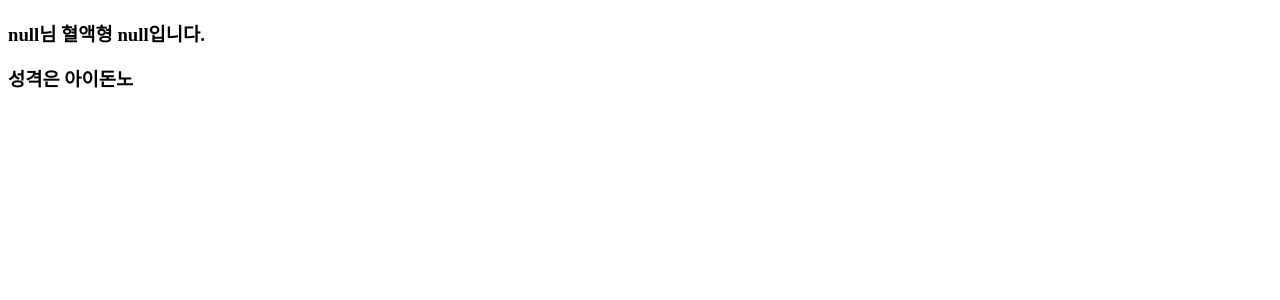
Repository: j-hee-98/Servlet-JSP
Page: http://localhost/WS_0414/B.jsp
These files come from the project's save history. The page is drawn as it stood at one moment and after the next save; the edit follows.
The browser window is 1280 px wide. The pictures show the whole page.
The page is served by Tomcat 10. Other server files are loaded and not shown.

Above is the page before, as saved 2025-04-14 08:45:59.

### WS_0414/src/main/webapp/B.jsp
<%@ page language="java" contentType="text/html; charset=UTF-8"
    pageEncoding="UTF-8"%>
<!DOCTYPE html>
<html>
<head>
<meta charset="UTF-8">
<title>Insert title here</title>
</head>
<body>
	<h3>
	<%=request.getParameter("name") %>님 혈액형 <%=request.getParameter("blood") %>입니다.
	</h3>
	<h3>성격은 아이돈노</h3>
</body>
</html>

After the next save:
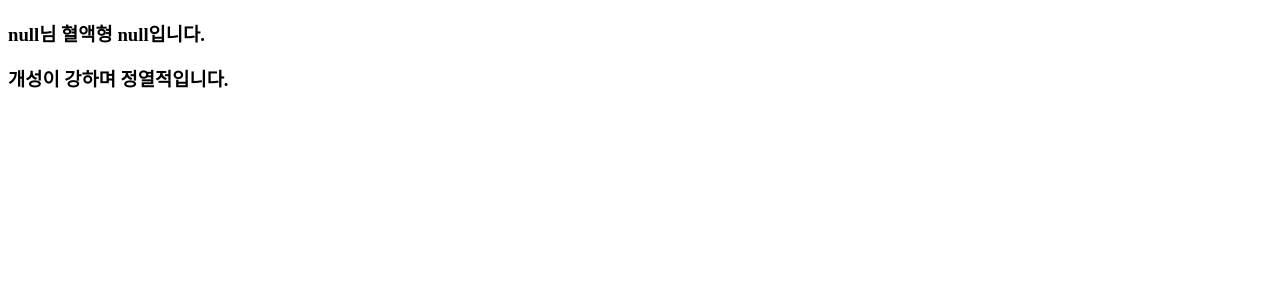
Saved 25 s later.
--- a/WS_0414/src/main/webapp/B.jsp
+++ b/WS_0414/src/main/webapp/B.jsp
@@ -10,6 +10,6 @@
 	<h3>
 	<%=request.getParameter("name") %>님 혈액형 <%=request.getParameter("blood") %>입니다.
 	</h3>
-	<h3>성격은 아이돈노</h3>
+	<h3>개성이 강하며 정열적입니다.</h3>
 </body>
 </html>
